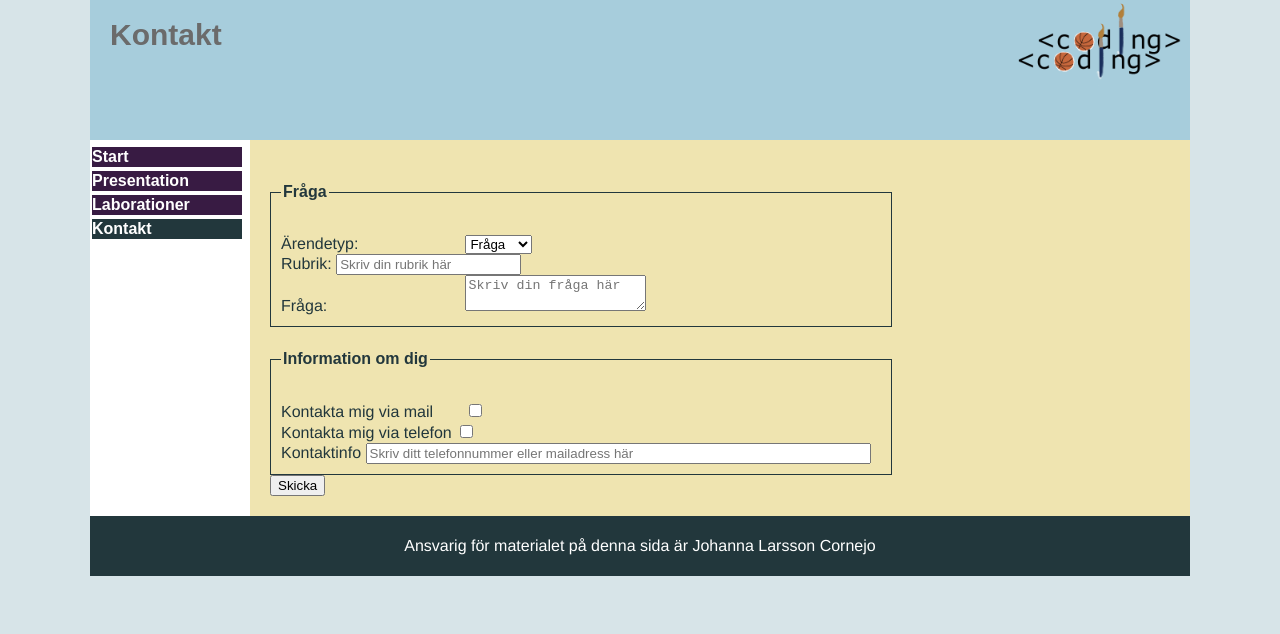
Repository: jc222fi/1ik415-laborationer
Page: pages/kontakt.html
The author's editor kept a record of every edit. The page is drawn from the files as they stood at one moment, then again after the next edit.
The browser window is 1280 px wide. The pictures show the whole page.

Above is the page before.

### pages/kontakt.html
<!doctype html>
<html>
    <head>
        <meta charset="utf-8" />
        <title>Kontakt</title>
        <link rel="stylesheet" href="../css/style.css" />
    </head>
    <body>
    <div id="container">
        <div id="header">
            <header>
                <h1 id="kontakt">Kontakt<img src="../pics/logo.png" alt="Logotyp" /></h1>
            </header>
        </div>
        <div id="nav">
            <ul>
                <li><a href="../index.html">Start</a></li>
                <li><a href="presentation.html">Presentation</a></li>
                <li><a href="laborationer.html">Laborationer</a></li>
                <li><a href="#kontakt" class="active">Kontakt</a></li>
            </ul>
        </div>
        <div id="content">
            <form action="http://voyager.lnu.se/tekinet/kurser/dtt/wp_webbintro/form.php" method="post">
                <fieldset>
                    <legend>Fråga</legend>
                    <label for="ärendetyp" class="label">Ärendetyp:</label>
                    <select id="ärendetyp" name="ärendetyp">
                        <option value="1">Fråga</option>
                        <option value="2">Åsikt</option>
                        <option value="3">Förslag</option>
                    </select>
                    <p>
                        <label for="rubrik" clas="label">Rubrik:</label>
                        <input placeholder="Skriv din rubrik här" input type="text" id="rubrik" name="rubrik" size="20" />
                    </p>
                    <p>
                        <label for="fråga" class="label">Fråga:</label>
                        <textarea placeholder="Skriv din fråga här" input type="text" id="fråga" name="fråga"></textarea>
                    </p>
                </fieldset>
                <fieldset>
                    <legend>Information om dig</legend>

                    <label for="mail" class="label">Kontakta mig via mail</label>
                    <input type="checkbox" id="mail" name="g1[]" value="mail" />
                    <p>
                        <label for="telefon">Kontakta mig via telefon</label>
                        <input type="checkbox" id="telefon" name="g1[]" value="telefon" />
                    </p>
                    <p><label for="kontaktinfo">Kontaktinfo</label>
                    <input placeholder="Skriv ditt telefonnummer eller mailadress här" input type="text"
                    id="kontaktinfo" name="kontaktinfo" size="60">
                    </p>
                </fieldset>
                <input type="submit" value="Skicka" />
            </form>
        </div>
        <div id="footer">
            <footer>
                <p>Ansvarig för materialet på denna sida är Johanna Larsson Cornejo</p>
            </footer>
        </div>
    </div>
    </body>
</html>

### css/style.css
/* http://meyerweb.com/eric/tools/css/reset/
   v2.0 | 20110126
   License: none (public domain)
*/

html, body, div, span, applet, object, iframe,
h1, h2, h3, h4, h5, h6, p, blockquote, pre,
a, abbr, acronym, address, big, cite, code,
del, dfn, em, img, ins, kbd, q, s, samp,
small, strike, strong, sub, sup, tt, var,
b, u, i, center,
dl, dt, dd, ol, ul, li,
fieldset, form, label, legend,
table, caption, tbody, tfoot, thead, tr, th, td,
article, aside, canvas, details, embed,
figure, figcaption, footer, header, hgroup,
menu, nav, output, ruby, section, summary,
time, mark, audio, video {
	margin: 0;
	padding: 0;
	border: 0;
	font-size: 100%;
	font: inherit;
	vertical-align: baseline;
}

/*Layout*/
#container{
	max-width:1100px;
	margin:0 auto;
}
#header{
	height:100px;
}
#nav{
	float:left;
	width:150px;
	margin-top:5px;
}
#content{
	float:right;
	width:900px;
}
#footer{
	clear:both;
	padding:20px;
}

/*
Background body:#D7E4E8
Background container: #FFFFFF
Background header: #A7CDDC
Background nav: #381B43
Background content: #EFE4B0
Background footer:#22373C
Text colour: #22373C
*/

body{
	background-color:#D7E4E8;

}
#container{
	background-color:#FFFFFF;
}
#header{
	background-color:#A7CDDC;
	color:#6B6B6B;
	background-image:url("pics/logo.png");
	background-position:right top;
	background-repeat:no-repeat;
	font-family:Arial, Gadget, sans-serif;
	font-size:30px;
	font-weight:bolder;
	padding:20px;
}
	#header img{
		float:right;
		}
	/*h1{
		color:#6B6B6B;
		font-family:Arial, Gadget, sans-serif;
		font-size:30px;
		font-weight:bolder;
		padding-bottom:20px;
	}*/
#nav{
	background-color:#381B43;
}
	#nav a{
		display:block;
		width:150px;
		border:2px solid white;
		color:white;
	}
		/*Länkar i menyn*/
		#nav a:link{background-color:#381B43; text-decoration:none;}
		#nav a:visited{background-color:#7F7F7F;text-decoration:none;}
		#nav a:focus{background-color:white;text-decoration:underline;color:black;}
		#nav a:hover{background-color:white;text-decoration:underline;color:black;}
		#nav a.active{background-color:#22373C;text-decoration:none;}
		#nav li{
		   font-family:Arial, Gadget, sans-serif;
			font-weight:bolder;
		}

#content{
	padding:20px;
	background-color:#EFE4B0;
	color:#22373C;
}
	/*Text och stil på mina rubriker*/
	h2, h3, h4, legend{
		font-family:Arial, Gadget, sans-serif;
		font-weight:bold;
		line-height:60px;
	}
		h2{
			font-size:25px;
		}
		h3, h4{
			font-size:small;
		}
	/*Mer övergripande text och stil*/
	#strong, p, li, table, dl, form{
		font-family:Helvetica, Verdana, sans-serif;
		line-height:20px;
	}
	p p{
		margin-top:50px;
	}
	img.right, video.right{
		float:right;
	}
	#strong{
		font-style:italic;
	}
	/*Överskrift och signatur på mina blogginlägg*/
	.post, p em{
		font-family:"Comic Sans MS", cursive, sans-serif;
	}
		/*Bild lånad från http://www.skolbilder.com/Malarbild-blaeckpenna-i19373.html som uttryckligen
		säger att samtliga bilder får användas i privat, edukativt, icke-kommersiellt syfte*/
		#content h2.post{
			background-image:url("pics/bleckpenna.png");
			background-position:left top;
			background-repeat:no-repeat;
			text-indent:50px;
		}
	/*Signatur på mina blogginlägg*/
	p em{
		font-style:italic;
		color:#8B4513;
	}
	/*Tabell*/
	table, th, td{
		border:1px solid #22373C;
		padding:3px;
	}
	thead, tfoot{
		font-family:Arial, Gadget, sans-serif;
		font-weight:bold;
		line-height:25px;
		text-align:center;
	}
		tr:nth-of-type(odd){
			background-color:#22373C;
			color:white;
		}
		tr:nth-of-type(even){
			background-color:white;
		}
	/*Övriga länkar som inte är del av menyn*/
	#content a:link{color:#7B68EE; text-decoration:none;}
	#content a:visited{color:#8B0000; text-decoration:none;}
	#content a:focus{color:#778899; text-decoration:underline;}
	#content a:hover{color:#778899; text-decoration:underline;}
	#content a:active{color:white; text-decoration:none;}
	/*Formulär*/
	fieldset{
		border:1px solid #22373C;
		padding:10px;
		width:600px;
	}
	legend{
		padding:2px;
	}
	.label{
   	display: inline-block;
   	width: 170px;
   	text-align: left;
   	margin-right: 10px;
	}
	/*Listor exklusive menyn*/
	#content ul li{
		margin-left:20px;
		list-style-type:circle;
	}
	#content dd{
		text-indent:15px;
	}
	#content .laborationer{
		list-style-type:none;
	}
	ol li{
		margin-left:15px;
		list-style-type:decimal;
	}

#footer{
	background-color:#22373C;
	color:#FFFFFF;
	text-align:center;
}


/* HTML5 display-role reset for older browsers */
article, aside, details, figcaption, figure,
footer, header, hgroup, menu, nav, section {
	display: block;
}
body {
	line-height: 1;
}
ol, ul {
	list-style: none;
}
blockquote, q {
	quotes: none;
}
blockquote:before, blockquote:after,
q:before, q:after {
	content: '';
	content: none;
}
table {
	border-collapse: collapse;
	border-spacing: 0;
}

After the next edit:
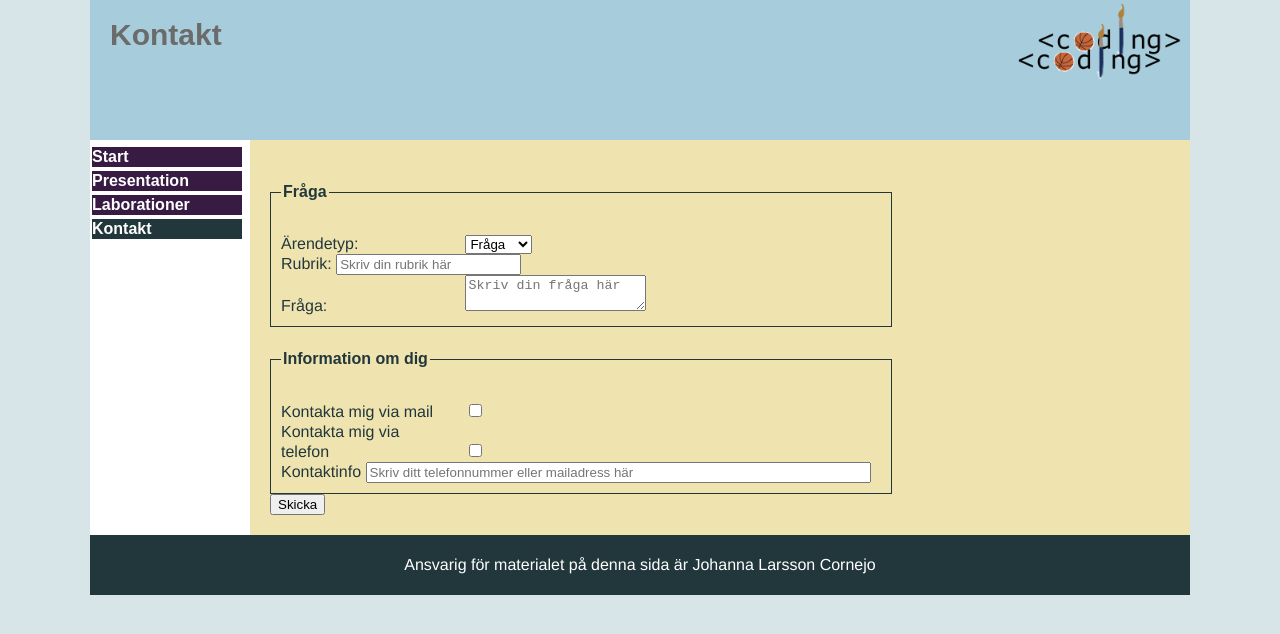
The edit:
--- a/pages/kontakt.html
+++ b/pages/kontakt.html
@@ -45,7 +45,7 @@
                     <label for="mail" class="label">Kontakta mig via mail</label>
                     <input type="checkbox" id="mail" name="g1[]" value="mail" />
                     <p>
-                        <label for="telefon">Kontakta mig via telefon</label>
+                        <label for="telefon" class="label">Kontakta mig via telefon</label>
                         <input type="checkbox" id="telefon" name="g1[]" value="telefon" />
                     </p>
                     <p><label for="kontaktinfo">Kontaktinfo</label>
